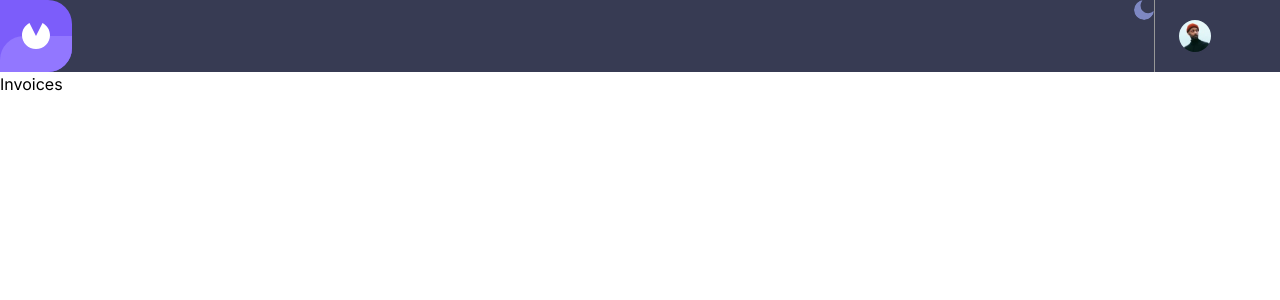
Repository: theoneswhodead/invoice-app
Page: /
An editor plug-in stored every save of this project. The page is shown before and after the next save, followed by the edit.
The browser window is 1280 px wide. The pictures show the whole page.
The project was rebuilt for these pictures with package versions that can differ from the ones it lists, and the page was loaded fresh each time. The framework's server and built-in components were replaced by stand-ins that run in the browser. Also part of the build but not shown: next.config.mjs.

Above is the page before, as saved 2024-08-19 18:16:27.

After the next save:
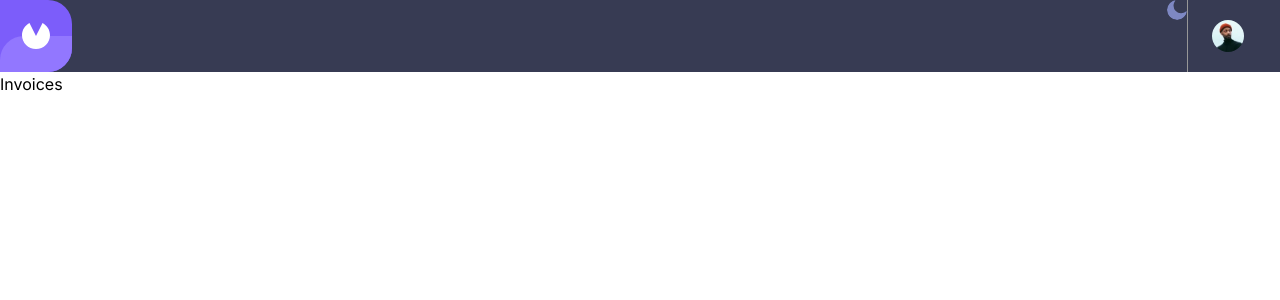
Saved 43 s later.
--- a/app/components/BarMenu.tsx
+++ b/app/components/BarMenu.tsx
@@ -28,7 +28,7 @@ const BarMenu = () => {
             />
         </div>
       </div>
-      <div className='border-l border-light_gray w-[140px]'>
+      <div className='border-l border-light_gray w-[100px]'>
         <Image
             src="/image-avatar.jpg"
             width={32}
